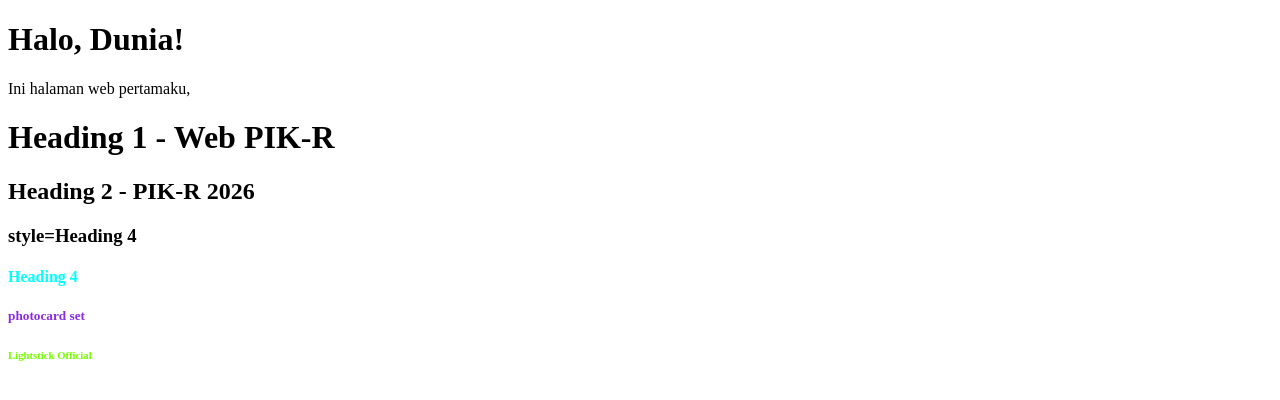
Repository: sekartazivi/241552010020-Web-Application-Development
Page: test.html
The author's editor kept a copy of each file at every save. The page is drawn from the files as they stood at one save, then again after a run of saves.
The browser window is 1280 px wide. The pictures show the whole page.

Above is the page before, as saved 2026-02-20 08:32:31.

### test.html
<!DOCTYPE html>
<html lang="en">
<head>
    <meta charset="UTF-8">
    <meta name="viewport" content="width=device-width, initial-scale=<,>">
    <title>Document</title>
</head>
<body>
    <h1>Halo, Dunia!</h1>
    <p>Ini halaman web pertamaku,</p>
    <h1>Heading 1 - Web PIK-R</h1>
    <h2>Heading 2 - PIK-R 2026</h2>
    <h3> style=Heading 4</h3>
    <h4 style="color: aqua;" >Heading 4</h4>
    <h5 style="color: blueviolet;">photocard set</h5>
    <h6 style="color: rgb(119, 255, 0);">Lightstick Official</h6>
</body>
</html>

After the next 3 saves:
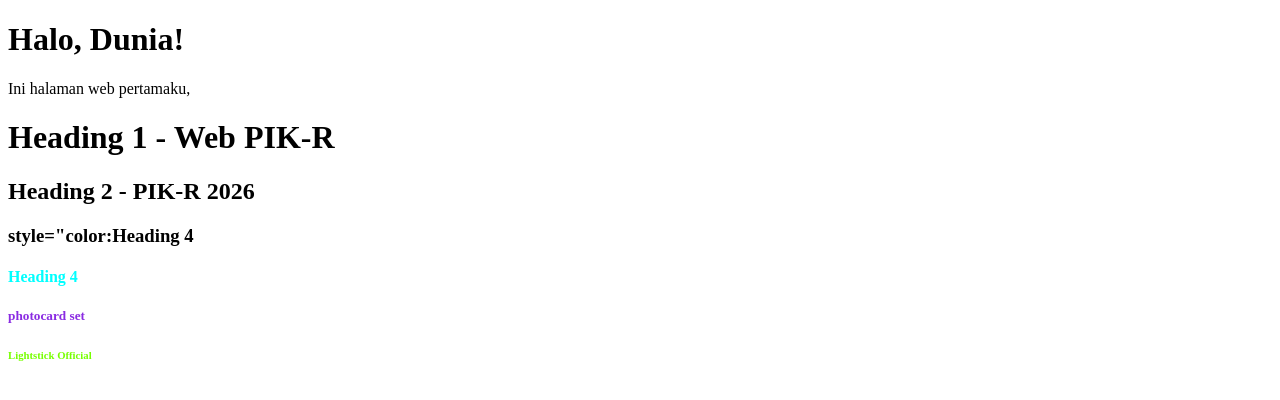
The 3 saves are shown as one change because they came seconds apart.
The last was saved 8 s later.
--- a/test.html
+++ b/test.html
@@ -10,7 +10,7 @@
     <p>Ini halaman web pertamaku,</p>
     <h1>Heading 1 - Web PIK-R</h1>
     <h2>Heading 2 - PIK-R 2026</h2>
-    <h3> style=Heading 4</h3>
+    <h3> style="color:Heading 4</h3>
     <h4 style="color: aqua;" >Heading 4</h4>
     <h5 style="color: blueviolet;">photocard set</h5>
     <h6 style="color: rgb(119, 255, 0);">Lightstick Official</h6>
